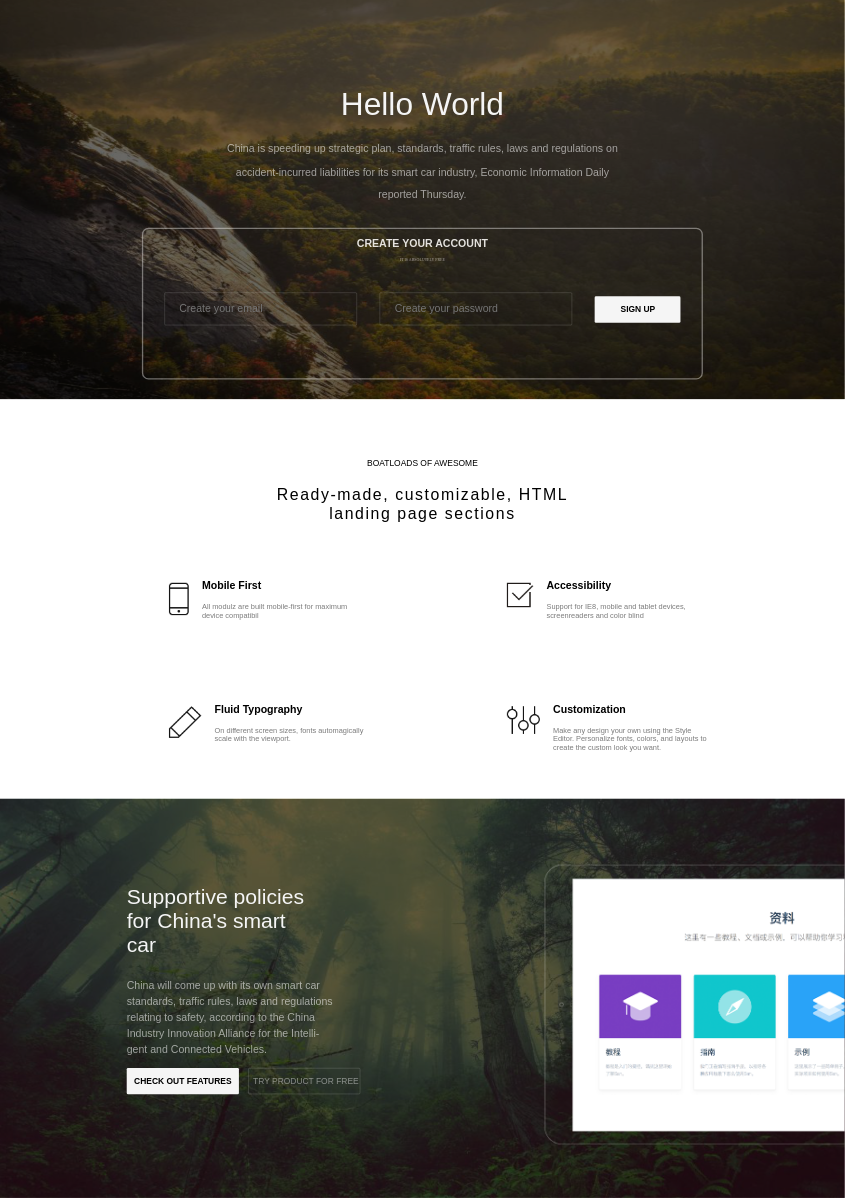
Repository: sogeisetsu/suy-ife
Page: 009-011/index.html
The author's editor kept a copy of each file at every save. The page is drawn from the files as they stood at one save, then again after the next save.
The browser window is 1280 px wide. The pictures show the whole page, at 66% of full size.

Above is the page before, as saved 2019-10-12 00:19:31.

### 009-011/index.html
<!DOCTYPE html>
<html>
    <head>
        <meta name="charset" content="utf-8">
        <meta http-equiv="refresh" content="30">
        <link rel="stylesheet" href="normalize.css" type="text/css">
        <link rel="stylesheet" href="index.css" type="text/css">
    </head>
    <body>
        <div id=head>
            <div class=headback>
                <img src="sucai/head-back.png" alt="头部背景" class="head-image">
                <div class="headbackcolor"></div>
            </div>
            <div class="headfont">
                <h1 class="headfonttittle">Hello World</h1>
                <p class="headfonttext">China is speeding up strategic plan, standards, traffic rules, laws and regulations on  </p>
                <p class="headfonttext">accident-incurred liabilities for its smart car industry, Economic Information Daily </p>
                <p class="headfonttext">reported Thursday.</p>
            </div>
            <div class="headform">
                <h2 class="tittle">Create Your Account</h2>
                <p class="text">It is absolutely free</p>
                <form action="#">
                    <input class="input-field" type="email" name="email" id="email" placeholder="Create your email">
                    <input class="input-field" type="password" name="pws" id="pws" placeholder="Create your password">
                    <input class="sign-up" type="button" value="Sign Up">
                </form>
            </div>
        </div>
        <div id="page2">
            <div class="p2head">
                <p>Boatloads of Awesome</p>
                <h2>Ready-made, customizable, HTML <br>landing page sections</h2>
            </div>
            <div class="p2text">
                <div class="iphone">
                    <img src="sucai/Iphone Icon.png" alt="iphone">
                    <div class="texto">
                    <p class="tittle">Mobile First</p>
                    <p class="text">All modulz are built mobile-first for maximum<br>device compatibil </p>
                    </div>
                </div>
                <div class="check">
                    <img src="sucai/Check Icon.png" alt="check">
                    <div class="texto">
                    <p class="tittle">Accessibility</p>
                    <p class="text">Support for IE8, mobile and tablet devices,<br> screenreaders and color blind</p>
                    </div>
                </div>
                <div class="pencil">
                    <img src="sucai/Pencil Icon.png" alt="pencil">
                    <div class="texto">
                    <p class="tittle">Fluid Typography</p>
                    <p class="text">On different screen sizes, fonts automagically<br> scale with the viewport.</p>
                    </div>
                </div>
                <div class="setting">
                    <img src="sucai/Settings Icon.png" alt="setting">
                    <div class="texto">
                    <p class="tittle">Customization</p>
                    <p class="text">Make any design your own using the Style<br> Editor. Personalize fonts, colors, and layouts to<br> create the custom look you want.</p>
                    </div>
                </div>
            </div>
        </div>
        <div id=page3>
            <div class=page3back>
                <img src="sucai/page3background.png" alt="第三张背景" class="page3-image">
                <!-- <img src="sucai/page3Screen.png" alt="ipad屏幕" class="page3-screen"> -->
                <div class="headbackcolor"></div>
                <img src="sucai/page3Screen.png" alt="ipad屏幕" class="page3-screen">
            </div>
            <div class="page3text">
                <p class="tittle">Supportive policies<br> for China's smart<br> car</p>
                <p class="text">China will come up with its own smart car<br> standards, traffic rules, laws and regulations<br> relating to safety, according to the China<br> Industry Innovation Alliance for the Intelli-<br>gent and Connected Vehicles.</p>
                <input class="CheckoutFeatures" type="button" value="CHECK OUT FEATURES">
                <input class="TryproductforFree" type="button" value="Try product for Free">
            </div>
        </div>
        <div id="page4">

        </div>
    </body>
</html>

### 009-011/index.css
html,body{
    margin: 0;
    height: 100%;
    width: 100%;
}
#head,#page2,#page3{
    width: 100%;
    height: 605px;
    overflow: hidden;
}
.headback{
    position: relative;
    width: 100%;
    height: 100%;
    z-index: -1;
}
.page3back{
    width: 100%;
    height: 100%;
    z-index: -1;
}
.page3-screen{
    position: relative;
    bottom: 1210px;
    height: 70%;
    display: block;
     margin-top: 100px;
     margin-right: 0%;
     float: right;
}
.headbackcolor{
    background-color: rgba(12, 10, 8, 0.61);
    width: 100%;
    height: 100%;
    position: relative;
    bottom: 605px;
}
.head-image,.page3-image{
    height: 100%;
    width: 100%;
    display: block;
}
.headfont{
    position: relative;
    margin: 0;
    bottom: 605px;
    text-align: center;
}
.headfonttittle,.page3text .tittle{
    margin-top: 130px;
    font-size: 3em;
    color: rgb(245, 245, 245);
    font-weight: 300;
}
.headfonttext,.page3text .text{
    font-weight: 300;
    color: rgba(255, 255, 255, 0.568);
}
.headform{
    position: relative;
    bottom: 605px;
    margin: 40px auto;
    border-style: solid ;
    border-width: 2px;
    border-color: rgba(236, 235, 233, 0.445);
    border-radius: 10px;
    box-sizing: border-box;
    width: 850px;
    display: flex;
    flex-direction: column;
    height: 230px;
}
.headform .tittle{
    color: rgba(252, 249, 246, 0.89);
    text-transform: uppercase;
    font-size: 1em;
    text-align: center;
}
.headform .text{
    color: rgba(252, 249, 246, 0.616);
    text-transform: uppercase;
    font-size: 0.3em;
    text-align: center;
    margin-top: 0;
    font-family: Montserrat-Light;
}
.headform form{
    margin: 40px auto;
}
input{
    color: rgb(245, 245, 245);
}
.headform .input-field{
    width: 292px;
    height: 50px;
    padding: 18px 0 18px 22px;
    margin-right: 30px;
    box-sizing: border-box;
	border-radius: 2px;
	border: solid 1px rgba(255, 255, 255, 0.2);
    background: transparent;
}

.headform .sign-up,.page3text .CheckoutFeatures,.page3text .TryproductforFree{
    color: rgb(0, 0, 0);
    background-color: rgb(245, 245, 245);
    text-align: center;
    border: 0;
    height: 40px;
    width: 130px;
    text-transform: uppercase;
    font-size: 0.8em;
    font-weight: bold;
    border-radius: 2px;
    cursor: pointer;
    outline: none;
}
.page3text .CheckoutFeatures{
    width: 170px;
}
.page3text .TryproductforFree{
    background-color: transparent;
    width: 170px;
    border: solid 1px rgba(255, 255, 255, 0.2);
    color: rgba(245, 245, 245, 0.486);
    font-weight: 400;
    position: relative;
    left: 10px;
}
.headform .sign-up:active{
    border: 0;
    border-color: rgb(245, 245, 245);
    outline: none;
}
.p2head{
    text-align: center;
    margin-top: 90px;
}
.p2head p{
    text-transform: uppercase;
    /* letter-spacing: 0.2em; */
    font-weight: 400;
    font-size: 0.8em;
    margin-bottom: 2em;
}
.p2head h2{
    font-weight: 400;
    letter-spacing: 0.1em;
    line-height: 1.2em;

}
.p2text{
    margin-top: 50px;
    display: flex;
    flex-flow: row wrap;
    margin-left: 20%;
}
.iphone,.check,.pencil,.setting{
    flex: 50%;
    margin-bottom: 60px;
    margin-top: 40px;
    /* overflow: hidden; */
}
.iphone img,.iphone .texto,.check .texto,.check img,.pencil .texto,.pencil img,.setting img,.setting .texto{
    float: left;
}
.iphone .texto,.check .texto,.pencil .texto,.setting .texto{
    position: relative;
    left: 20px;
    bottom: 20px;
    margin: 0;
}
.texto .tittle{
    font-weight: bold;
}
.texto .text{
    font-size: 0.7em;
    color: rgba(0, 0, 0, 0.521);
}
.page3text{
    width: 70%;
    left: 15%;
    bottom: 605px;
    position: relative;
}
.page3text .tittle{
    font-size: 2em;;
}
.page3text .text{
    line-height: 1.5em;
}

Loaded but not shown: 009-011/normalize.css (library)

After the next save:
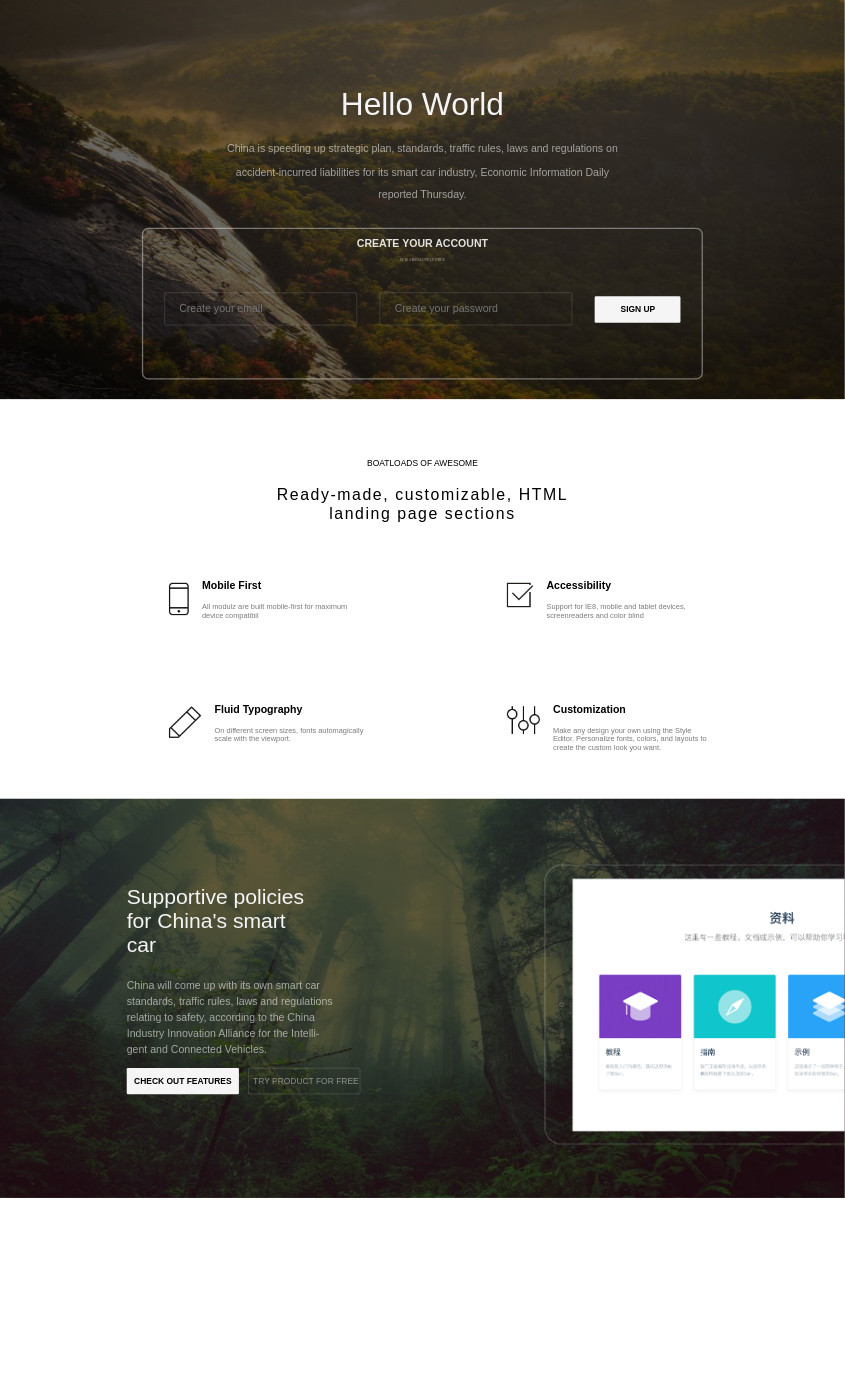
Saved 31 s later.
--- a/009-011/index.css
+++ b/009-011/index.css
@@ -6,6 +6,11 @@ html,body{
 #head,#page2,#page3{
     width: 100%;
     height: 605px;
+    overflow: hidden;
+}
+#page4{
+    width: 100%;
+    height: 300px;
     overflow: hidden;
 }
 .headback{
